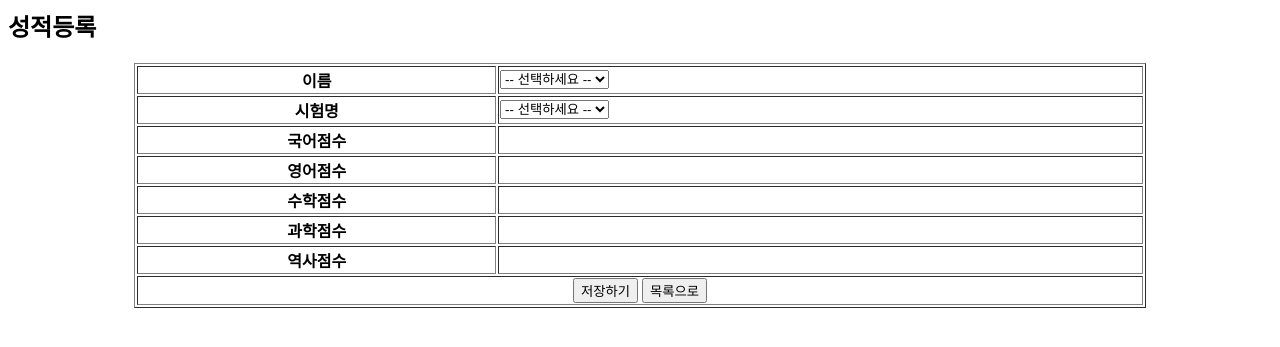
Repository: Mildous/HKIT-BackendClass
Page: http://localhost/jspTest/haksaSungjuk/view_sub.jsp
These files come from the project's save history. The page is drawn as it stood at one moment and after the next save; the edit follows.
The browser window is 1280 px wide. The pictures show the whole page.
The page is served by Tomcat 9. Queries for data that is not in the repository find no rows.

Above is the page before, as saved 2022-08-17 05:05:29.

After the next save:
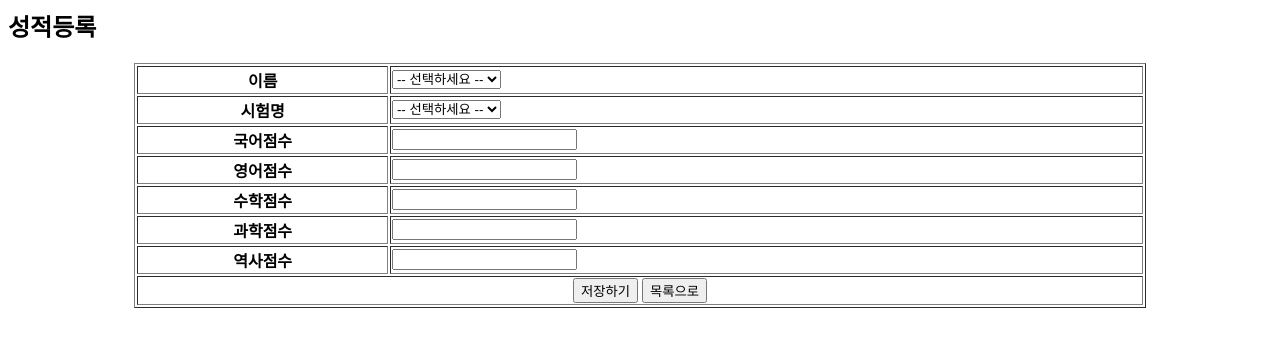
Saved 101 s later.
--- a/workspace/jsp/jspTest/WebContent/haksaSungjuk/view_sub.jsp
+++ b/workspace/jsp/jspTest/WebContent/haksaSungjuk/view_sub.jsp
@@ -64,23 +64,23 @@
 	</tr>
 	<tr>
 		<th>국어점수</th>
-		<td></td>
+		<td><input type="text" name="kor" id="kor"></td>
 	</tr>
 	<tr>
 		<th>영어점수</th>
-		<td></td>
+		<td><input type="text" name="eng" id="eng"></td>
 	</tr>
 	<tr>
 		<th>수학점수</th>
-		<td></td>
+		<td><input type="text" name="mat" id="mat"></td>
 	</tr>
 	<tr>
 		<th>과학점수</th>
-		<td></td>
+		<td><input type="text" name="sci" id="sci"></td>
 	</tr>
 	<tr>
 		<th>역사점수</th>
-		<td></td>
+		<td><input type="text" name="his" id="his"></td>
 	</tr>
 	<tr>
 		<td colspan="2" align="center">
